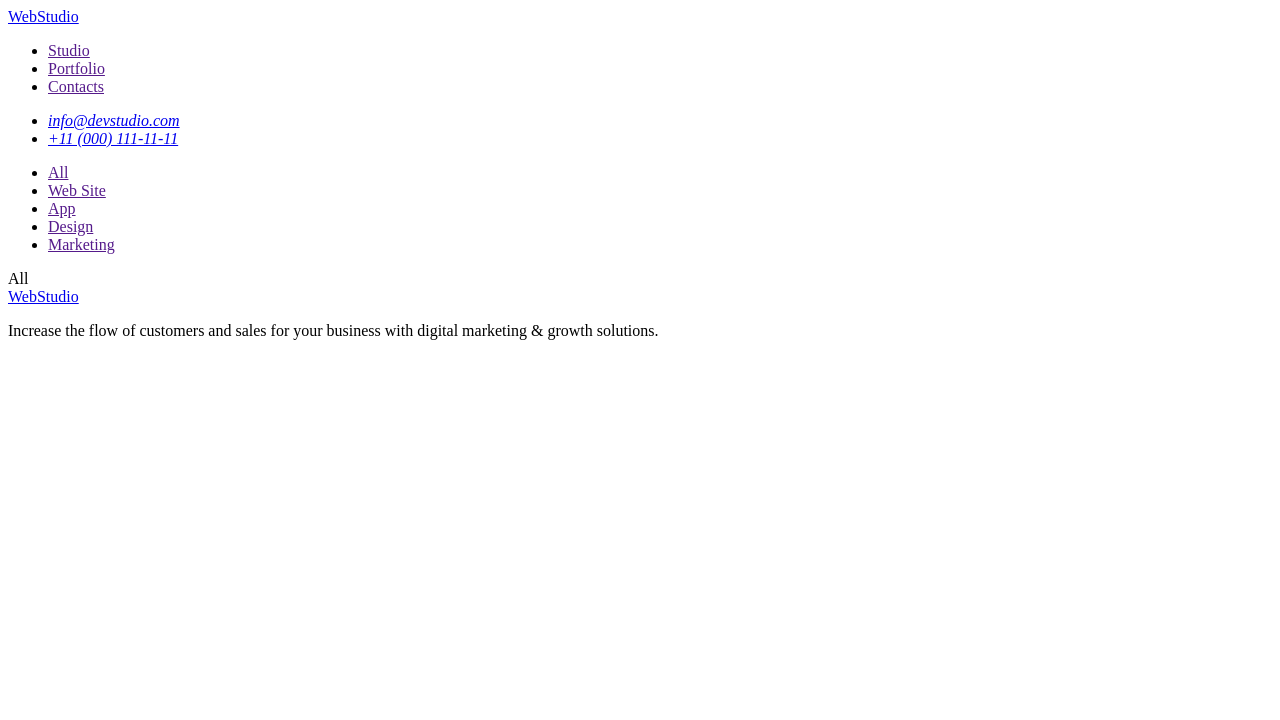
Repository: GrishchenkoNataliya/goit-markup-hw-02
Page: portfolio/indtx.html
These files come from the project's save history. The page is drawn as it stood at one moment and after the next save; the edit follows.
The browser window is 1280 px wide. The pictures show the whole page.

Above is the page before, as saved 2023-02-27 12:27:31.

### portfolio/indtx.html
<!DOCTYPE html>
<html lang="en">
  <head>
    <meta charset="UTF-8" />
    <meta http-equiv="X-UA-Compatible" content="IE=edge" />
    <meta name="viewport" content="width=device-width, initial-scale=1.0" />
    <title>homework_2</title>
  </head>
  <body>
    <header>
      <nav>
        <a href="./index.html">WebStudio</a>
        <ul>
          <li>
            <a href="" target="_blank" rel="noopener noreferrer nofollow"
              >Studio</a
            >
          </li>
          <li>
            <a href="" target="_blank" rel="noopener noreferrer nofollow"
              >Portfolio</a
            >
          </li>
          <li>
            <a href="" target="_blank" rel="noopener noreferrer nofollow"
              >Contacts</a
            >
          </li>
        </ul>
      </nav>
      <address>
        <ul>
          <li><a href="mailto:info@devstudio.com">info@devstudio.com</a></li>
          <li><a href="tel:+110001111111">+11 (000) 111-11-11</a></li>
        </ul>
      </address>
    </header>
    <main>
      <section>
        <h2 hidden>Большой заголовок</h2>
        <ul>
          <li>
            <a href=""><label>All</label></a>
          </li>
          <li>
            <a href=""><label>Web Site</label></a>
          </li>
          <li>
            <a href=""><label>App</label></a>
          </li>
          <li>
            <a href=""><label>Design</label></a>
          </li>
          <li>
            <a href=""><label>Marketing</label></a>
          </li>
        </ul>
        <label for="">All</label>
      </section>
      <section></section>
    </main>
    <footer>
      <a href="./index.html">WebStudio</a>

      <p>
        Increase the flow of customers and sales for your business with digital
        marketing & growth solutions.
      </p>
      <!-- Dark-bg -->
    </footer>
  </body>
</html>

After the next save:
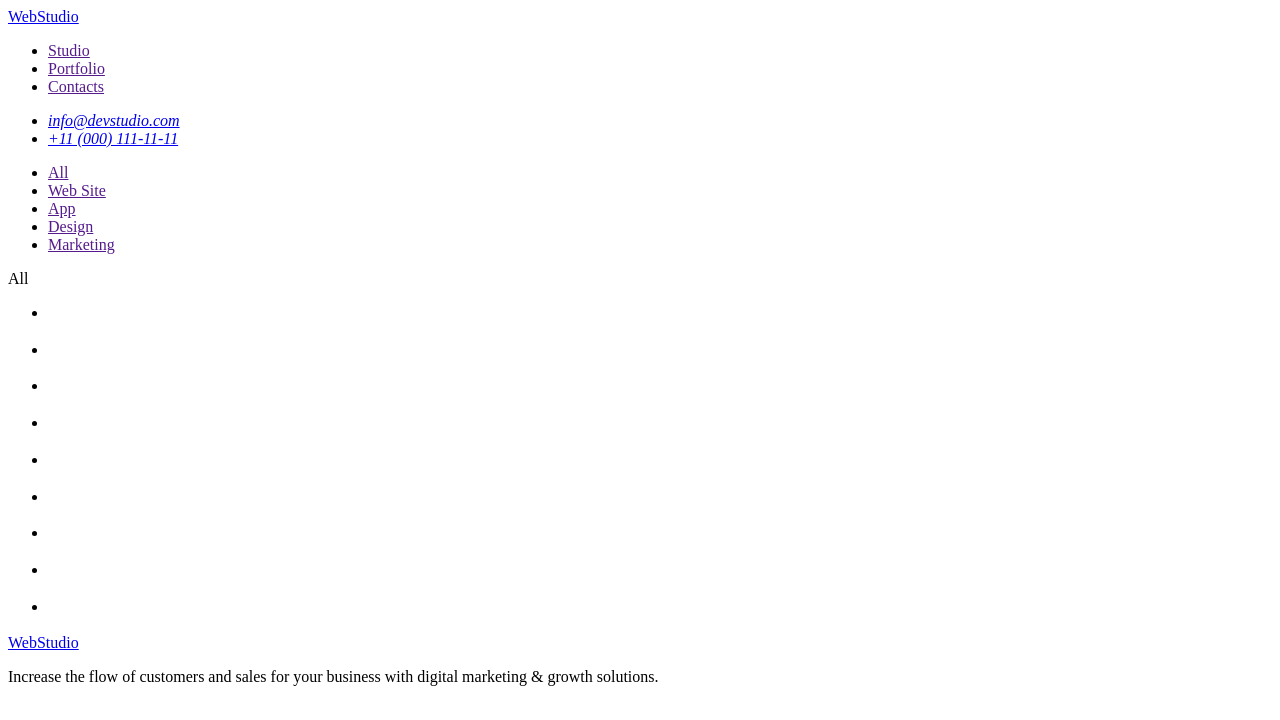
Saved 58 min 5 s later.
--- a/portfolio/indtx.html
+++ b/portfolio/indtx.html
@@ -57,7 +57,65 @@
         </ul>
         <label for="">All</label>
       </section>
-      <section></section>
+      <section>
+        <ul>
+            <li>
+                <img src="" alt="">
+                    <h3></h3>
+                    <p></p>
+                </img>
+            </li>
+            <li>
+                <img src="" alt="">
+                    <h3></h3>
+                    <p></p>
+                </img>
+            </li>
+            <li>
+                <img src="" alt="">
+                    <h3></h3>
+                    <p></p>
+                </img>
+            </li>
+            <li>
+                <img src="" alt="">
+                    <h3></h3>
+                    <p></p>
+                </img>
+            </li>
+            <li>
+                <img src="" alt="">
+                    <h3></h3>
+                    <p></p>
+                </img>
+            </li>
+            <li>
+                <img src="" alt="">
+                    <h3></h3>
+                    <p></p>
+                </img>
+            </li>
+            <li>
+                <img src="" alt="">
+                    <h3></h3>
+                    <p></p>
+                </img>
+            </li>
+            <li>
+                <img src="" alt="">
+                    <h3></h3>
+                    <p></p>
+                </img>
+            </li>
+            <li>
+                <img src="" alt="">
+                    <h3></h3>
+                    <p></p>
+                </img>
+            </li>
+        </ul>
+
+      </section>
     </main>
     <footer>
       <a href="./index.html">WebStudio</a>
